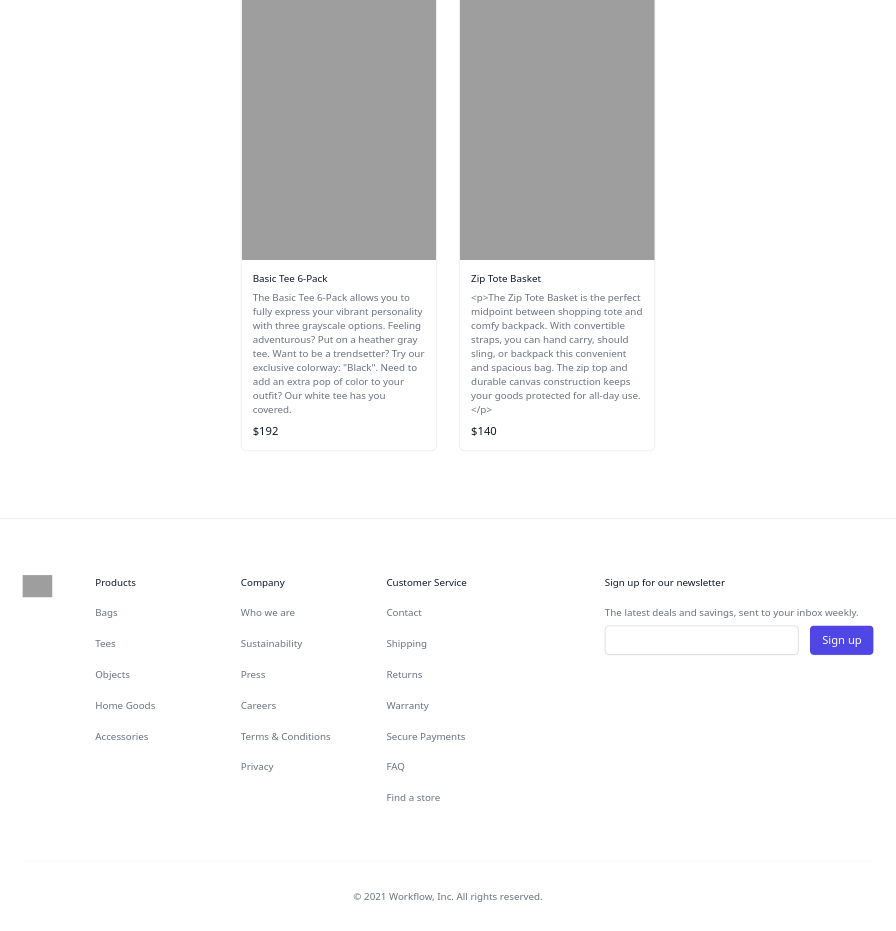
Repository: thasquirrie/animal-farm
Page: /
The author's editor kept a copy of each file at every save. The page is drawn from the files as they stood at one save, then again after the next save.
The browser window is 1280 px wide. The pictures show the part of the page from y = 1102 to 3022 px (the page is 2432 px tall before and 3022 px after), at 70% of full size.
Pictures or frames that could not be fetched are drawn as grey boxes. The project was rebuilt for these pictures with package versions that can differ from the ones it lists, and the page was loaded fresh each time. The framework's server and built-in components were replaced by stand-ins that run in the browser. Also part of the build but not shown: next.config.js.

Above is the page before, as saved 2021-10-01 15:47:49.

After the next save:
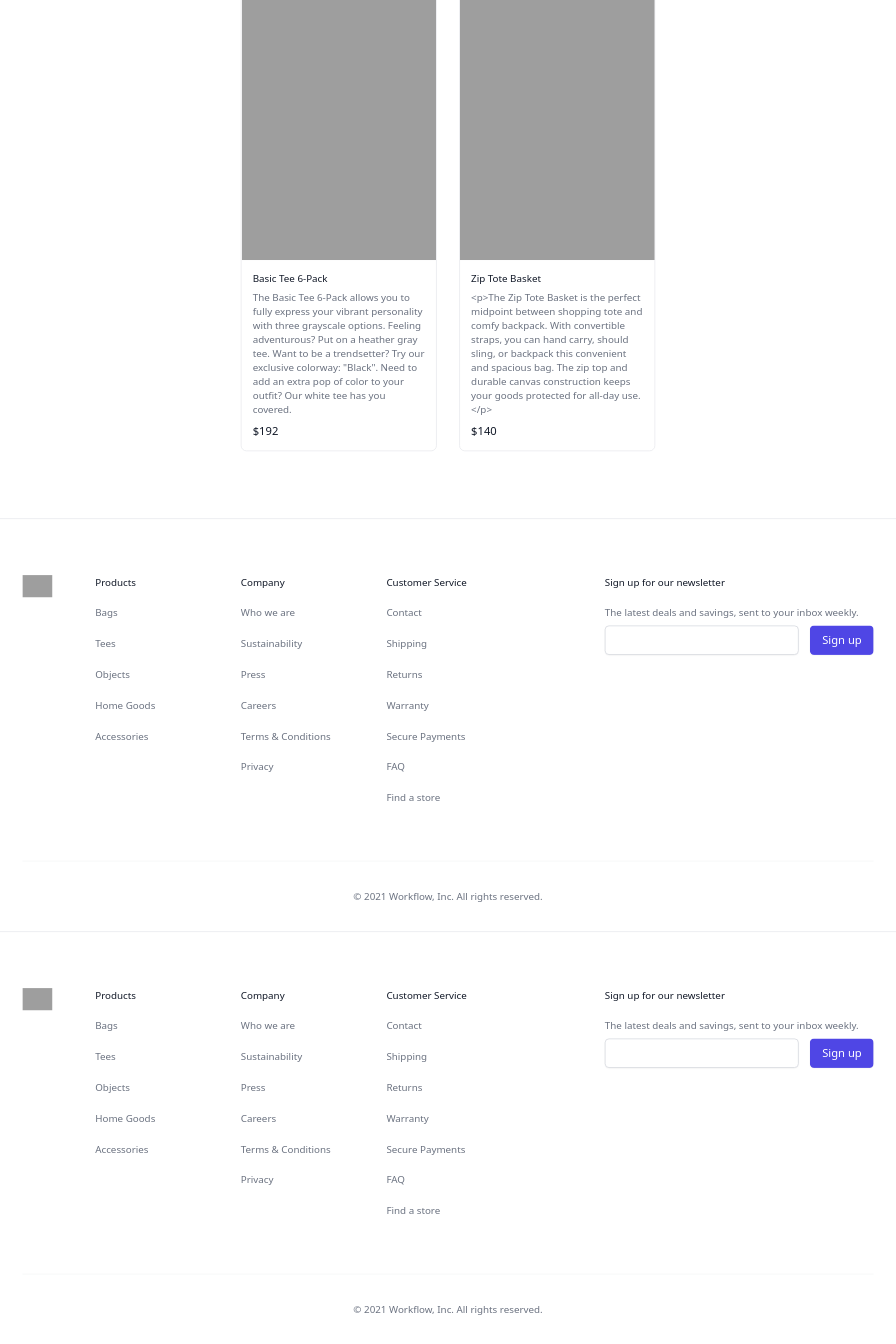
Saved 24 s later.
--- a/pages/_app.js
+++ b/pages/_app.js
@@ -1,5 +1,6 @@
 import '../styles/globals.css';
 import Header from '../components/Header';
+import Footer from '../components/Footer';
 // console.log(Header);
 
 function MyApp({ Component, pageProps }) {
@@ -8,6 +9,7 @@ function MyApp({ Component, pageProps }) {
     <>
       <Header />
       <Component {...pageProps} />
+      <Footer />
     </>
   );
 }
